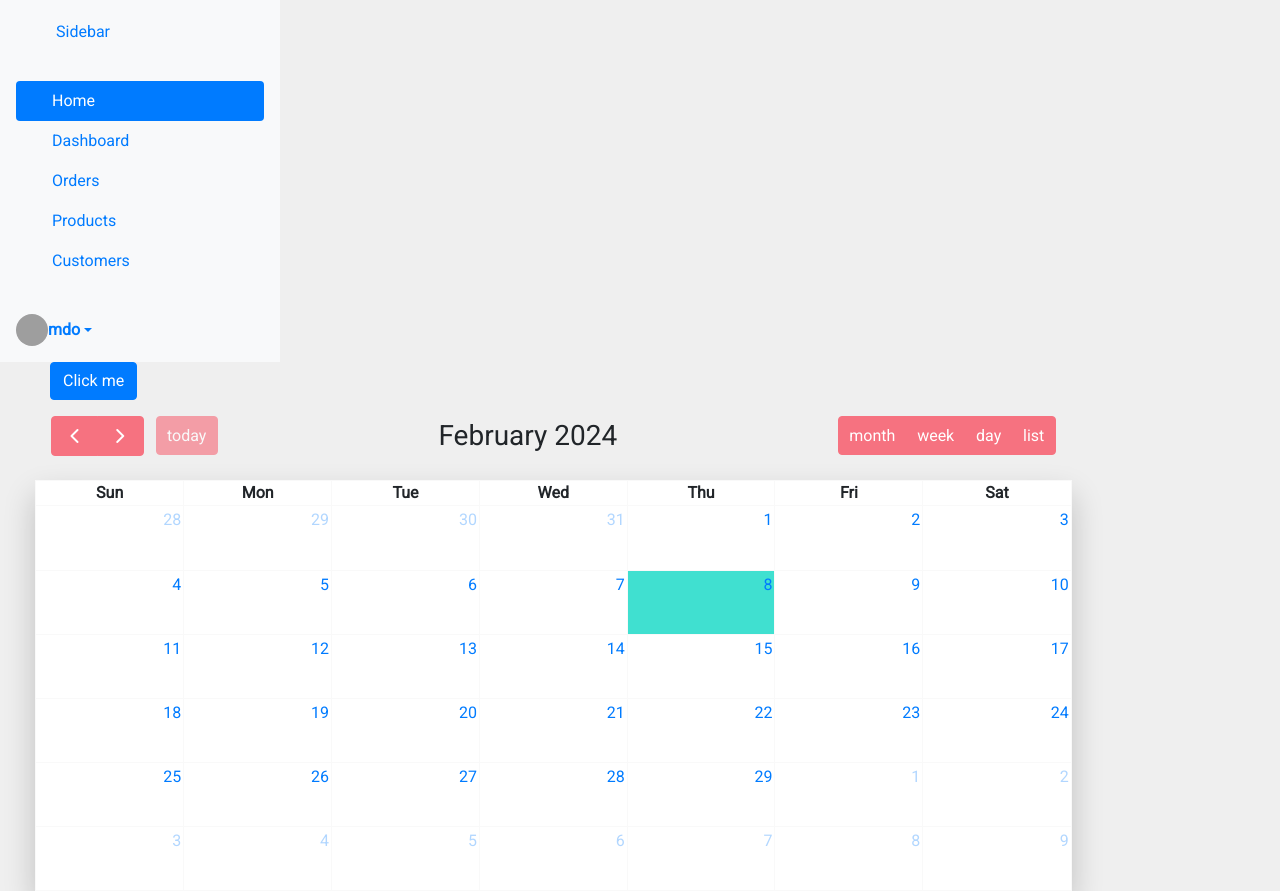
Repository: marios-petrov/NuPath
Page: softwareengineering1/calendarapp/templates/dataTest.html
The author's editor kept a copy of each file at every save. The page is drawn from the files as they stood at one save, then again after the next save.
The browser window is 1280 px wide. The pictures show the whole page.
Pictures or frames that could not be fetched are drawn as grey boxes. The template is drawn by Django 5.2. The application's start-up code is not run. Other server files are loaded and not shown. The template is opened directly, without the code that normally fills it, so the values that code supplies are empty.

Above is the page before, as saved 2024-02-21 19:39:58.

### softwareengineering1/calendarapp/templates/dataTest.html
<!--initial calendar js, css, and bootstrap from https://colorlib.com/wp/template/calendar-20/-->
<!--https://colorlib.com/wp/bootstrap-calendars/ last visited: 2/19/2024-->

{% extends "base.html" %}

{% block content %}
{%load static %}

<div id='calendar-container' class='col-10'>
<div class="col-2 mx-0">
    <button class="btn btn-primary">Click me</button>
</div>

    <div id='calendar'></div>
</div>

<script src="{% static 'js/jquery-3.3.1.min.js' %}"></script>
<script src="{% static 'js/popper.min.js' %}"></script>
<script src="{% static 'js/bootstrap.min.js' %}"></script>

<!-- Include your static JavaScript files -->
<script src="{% static 'fullcalendar/packages/core/main.js' %}"></script>
<script src="{% static 'fullcalendar/packages/interaction/main.js' %}"></script>
<script src="{% static 'fullcalendar/packages/daygrid/main.js' %}"></script>
<script src="{% static 'fullcalendar/packages/timegrid/main.js' %}"></script>
<script src="{% static 'fullcalendar/packages/list/main.js' %}"></script>

<script>
    document.addEventListener('DOMContentLoaded', function () {
        var calendarEl = document.getElementById('calendar');

        var calendar = new FullCalendar.Calendar(calendarEl, {
            plugins: ['interaction', 'dayGrid', 'timeGrid', 'list'],
            height: 'parent',
            header: {
                left: 'prev,next today',
                center: 'title',
                right: 'dayGridMonth,timeGridWeek,timeGridDay,listWeek'
            },
            defaultView: 'dayGridMonth',
            defaultDate: '2024-02-01',
            navLinks: true, // can click day/week names to navigate views
            editable: true,
            eventLimit: true, // allow "more" link when too many events
            events: [
            {% for e in events %}
                {
                    title: '{{e.title}}',
                    start: '{{e.startTime|date:"c"}}',
                    end: '{{e.endTime|date:"c"}}',
                },
            {% endfor %}
            ]
        });

        calendar.render();
    });
</script>

{% endblock %}

### softwareengineering1/softwareengineering1/templates/base.html
<!doctype html>
<html lang="en">

  <head>
    <!-- Required meta tags -->
    <meta charset="utf-8">
    <meta name="viewport" content="width=device-width, initial-scale=1">
    <link href="https://fonts.googleapis.com/css?family=Roboto:300,400&display=swap" rel="stylesheet">
    <link href="https://fonts.googleapis.com/css?family=Poppins:300,400,500&display=swap" rel="stylesheet">

    <!-- Include your static CSS files -->
    {% load static %}
    <link rel="stylesheet" href="{% static 'fonts/icomoon/style.css' %}">
    <link href="{% static 'fullcalendar/packages/core/main.css' %}" rel="stylesheet">
    <link href="{% static 'fullcalendar/packages/daygrid/main.css' %}" rel="stylesheet">

    <!-- Bootstrap CSS -->
    <link rel="stylesheet" href="{% static 'css/bootstrap.min.css' %}">

    <!-- Style -->
    <link rel="stylesheet" href="{% static 'css/style.css' %}">

    <title>Novo Ninja</title>
  </head>
<body>
  <div class='container min-vw-100 justify-content'>
    <div class='row'>
  {% include 'navbar.html' %}

  {% block content %}

  {% endblock %}
</div>
</div>
</body>
</html>

### softwareengineering1/navbar/templates/navbar.html
<div class="d-flex flex-column flex-shrink-0 p-3 bg-light" style="width: 280px;">
    <a href="/" class="d-flex align-items-center mb-3 mb-md-0 me-md-auto link-dark text-decoration-none">
      <svg class="bi me-2" width="40" height="32"><use xlink:href="#bootstrap"></use></svg>
      <span class="fs-4">Sidebar</span>
    </a>
    <hr>
    <ul class="nav nav-pills flex-column mb-auto">
      <li class="nav-item">
        <a href="#" class="nav-link active" aria-current="page">
          <svg class="bi me-2" width="16" height="16"><use xlink:href="#home"></use></svg>
          Home
        </a>
      </li>
      <li>
        <a href="#" class="nav-link link-dark">
          <svg class="bi me-2" width="16" height="16"><use xlink:href="#speedometer2"></use></svg>
          Dashboard
        </a>
      </li>
      <li>
        <a href="#" class="nav-link link-dark">
          <svg class="bi me-2" width="16" height="16"><use xlink:href="#table"></use></svg>
          Orders
        </a>
      </li>
      <li>
        <a href="#" class="nav-link link-dark">
          <svg class="bi me-2" width="16" height="16"><use xlink:href="#grid"></use></svg>
          Products
        </a>
      </li>
      <li>
        <a href="#" class="nav-link link-dark">
          <svg class="bi me-2" width="16" height="16"><use xlink:href="#people-circle"></use></svg>
          Customers
        </a>
      </li>
    </ul>
    <hr>
    <div class="dropdown">
      <a href="#" class="d-flex align-items-center link-dark text-decoration-none dropdown-toggle" id="dropdownUser2" data-bs-toggle="dropdown" aria-expanded="false">
        <img src="https://github.com/mdo.png" alt="" width="32" height="32" class="rounded-circle me-2">
        <strong>mdo</strong>
      </a>
      <ul class="dropdown-menu text-small shadow" aria-labelledby="dropdownUser2">
        <li><a class="dropdown-item" href="#">New project...</a></li>
        <li><a class="dropdown-item" href="#">Settings</a></li>
        <li><a class="dropdown-item" href="#">Profile</a></li>
        <li><hr class="dropdown-divider"></li>
        <li><a class="dropdown-item" href="#">Sign out</a></li>
      </ul>
    </div>
  </div>

### softwareengineering1/softwareengineering1/static/fullcalendar/packages/daygrid/main.css
/* DayGridView
--------------------------------------------------------------------------------------------------*/
/* day row structure */
.fc-dayGridWeek-view .fc-content-skeleton,
.fc-dayGridDay-view .fc-content-skeleton {
  /* there may be week numbers in these views, so no padding-top */
  padding-bottom: 1em;
  /* ensure a space at bottom of cell for user selecting/clicking */
}

.fc-dayGrid-view .fc-body .fc-row {
  min-height: 4em;
  /* ensure that all rows are at least this tall */
}

/* a "rigid" row will take up a constant amount of height because content-skeleton is absolute */
.fc-row.fc-rigid {
  overflow: hidden;
}

.fc-row.fc-rigid .fc-content-skeleton {
  position: absolute;
  top: 0;
  left: 0;
  right: 0;
}

/* week and day number styling */
.fc-day-top.fc-other-month {
  opacity: 0.3;
}

.fc-dayGrid-view .fc-week-number,
.fc-dayGrid-view .fc-day-number {
  padding: 2px;
}

.fc-dayGrid-view th.fc-week-number,
.fc-dayGrid-view th.fc-day-number {
  padding: 0 2px;
  /* column headers can't have as much v space */
}

.fc-ltr .fc-dayGrid-view .fc-day-top .fc-day-number {
  float: right;
}

.fc-rtl .fc-dayGrid-view .fc-day-top .fc-day-number {
  float: left;
}

.fc-ltr .fc-dayGrid-view .fc-day-top .fc-week-number {
  float: left;
  border-radius: 0 0 3px 0;
}

.fc-rtl .fc-dayGrid-view .fc-day-top .fc-week-number {
  float: right;
  border-radius: 0 0 0 3px;
}

.fc-dayGrid-view .fc-day-top .fc-week-number {
  min-width: 1.5em;
  text-align: center;
  background-color: #f2f2f2;
  color: #808080;
}

/* when week/day number have own column */
.fc-dayGrid-view td.fc-week-number {
  text-align: center;
}

.fc-dayGrid-view td.fc-week-number > * {
  /* work around the way we do column resizing and ensure a minimum width */
  display: inline-block;
  min-width: 1.25em;
}

### softwareengineering1/softwareengineering1/static/css/style.css
body {
  font-family: "Roboto", -apple-system, BlinkMacSystemFont, "Segoe UI", Roboto, "Helvetica Neue", Arial, "Noto Sans", sans-serif, "Apple Color Emoji", "Segoe UI Emoji", "Segoe UI Symbol", "Noto Color Emoji";
  background-color: #efefef; }

p {
  color: #b3b3b3;
  font-weight: 300; }

h1, h2, h3, h4, h5, h6,
.h1, .h2, .h3, .h4, .h5, .h6 {
  font-family: "Roboto", -apple-system, BlinkMacSystemFont, "Segoe UI", Roboto, "Helvetica Neue", Arial, "Noto Sans", sans-serif, "Apple Color Emoji", "Segoe UI Emoji", "Segoe UI Symbol", "Noto Color Emoji"; }

a {
  -webkit-transition: .3s all ease;
  -o-transition: .3s all ease;
  transition: .3s all ease; }
  a, a:hover {
    text-decoration: none !important; }

.content {
  padding: 7rem 0; }

h2 {
  font-size: 20px; }

.form-control:active, .form-control:focus {
  outline: none;
  -webkit-box-shadow: none;
  box-shadow: none; }

#calendar {
  margin: 0 auto; }
  #calendar .fc-view-container {
    background-color: #fff;
    -webkit-box-shadow: 0 15px 30px 0 rgba(0, 0, 0, 0.2);
    box-shadow: 0 15px 30px 0 rgba(0, 0, 0, 0.2); }
  #calendar .fc-toolbar.fc-header-toolbar .fc-center {
    display: block; }

#calendar-container {
  top: 0;
  left: 20px;
  right: 20px;
  bottom: 20px; }

.fc-header-toolbar {
  /*
    the calendar will be butting up against the edges,
    but let's scoot in the header's buttons
    */
  padding-top: 1em;
  padding-left: 1em;
  padding-right: 1em; }

@media (max-width: 767.98px) {
  .fc-toolbar {
    display: block !important;
    text-align: center; }
    .fc-toolbar .fc-center {
      display: block;
      margin-top: 20px;
      margin-bottom: 20px; } }

Loaded but not shown: softwareengineering1/softwareengineering1/static/fonts/icomoon/style.css (common file); softwareengineering1/softwareengineering1/static/css/bootstrap.min.css (library); softwareengineering1/softwareengineering1/static/js/jquery-3.3.1.min.js (library); softwareengineering1/softwareengineering1/static/js/popper.min.js (library); softwareengineering1/softwareengineering1/static/js/bootstrap.min.js (library); softwareengineering1/softwareengineering1/static/fullcalendar/packages/core/main.js (library); softwareengineering1/softwareengineering1/static/fullcalendar/packages/interaction/main.js (2143 lines, source omitted); softwareengineering1/softwareengineering1/static/fullcalendar/packages/daygrid/main.js (1641 lines, source omitted); softwareengineering1/softwareengineering1/static/fullcalendar/packages/timegrid/main.js (1357 lines, source omitted); softwareengineering1/softwareengineering1/static/fullcalendar/packages/list/main.js (343 lines, source omitted); softwareengineering1/softwareengineering1/static/fullcalendar/packages/core/main.css (1058 lines, source omitted)

After the next save:
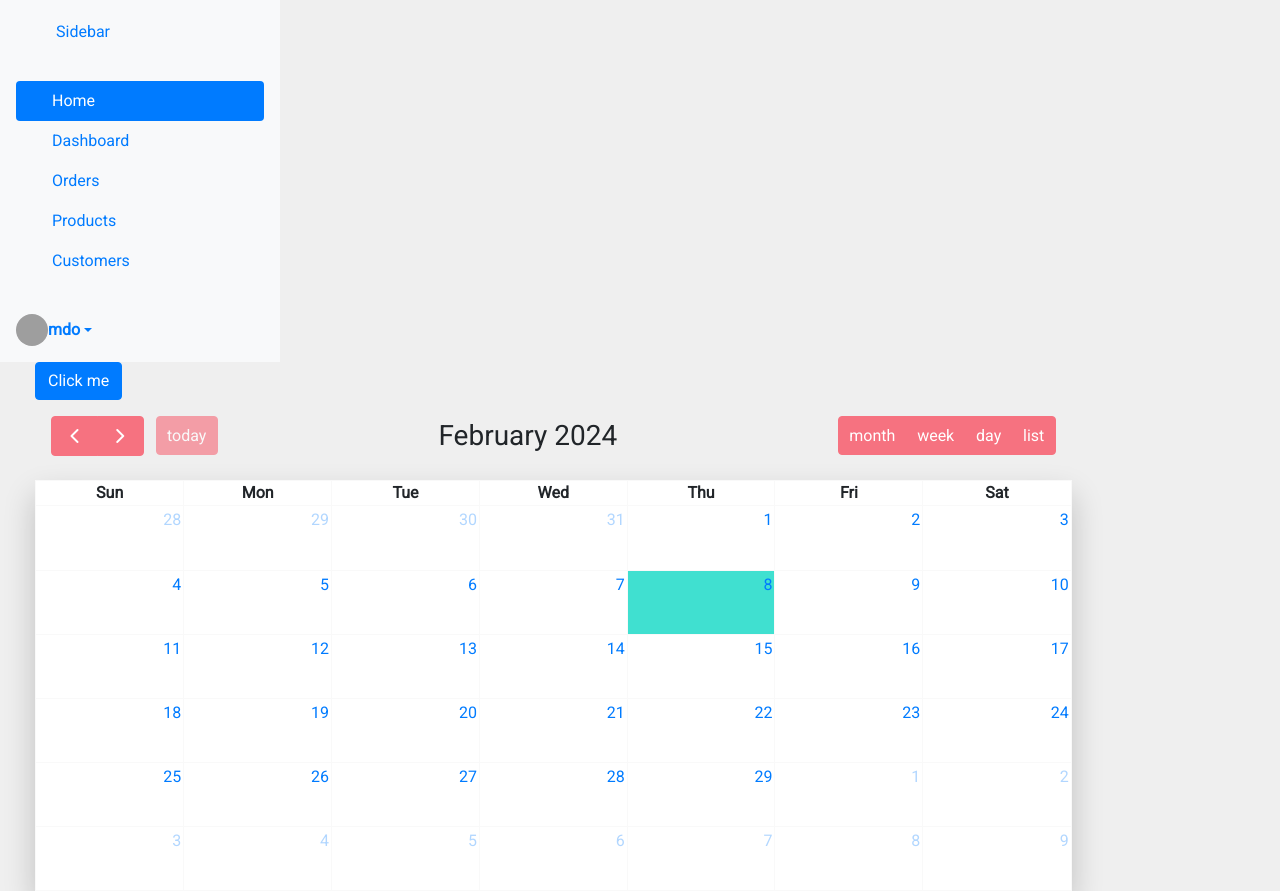
Saved 4 s later.
--- a/softwareengineering1/calendarapp/templates/dataTest.html
+++ b/softwareengineering1/calendarapp/templates/dataTest.html
@@ -7,7 +7,7 @@
 {%load static %}
 
 <div id='calendar-container' class='col-10'>
-<div class="col-2 mx-0">
+<div class="col-2 mx-0 px-0">
     <button class="btn btn-primary">Click me</button>
 </div>
 
